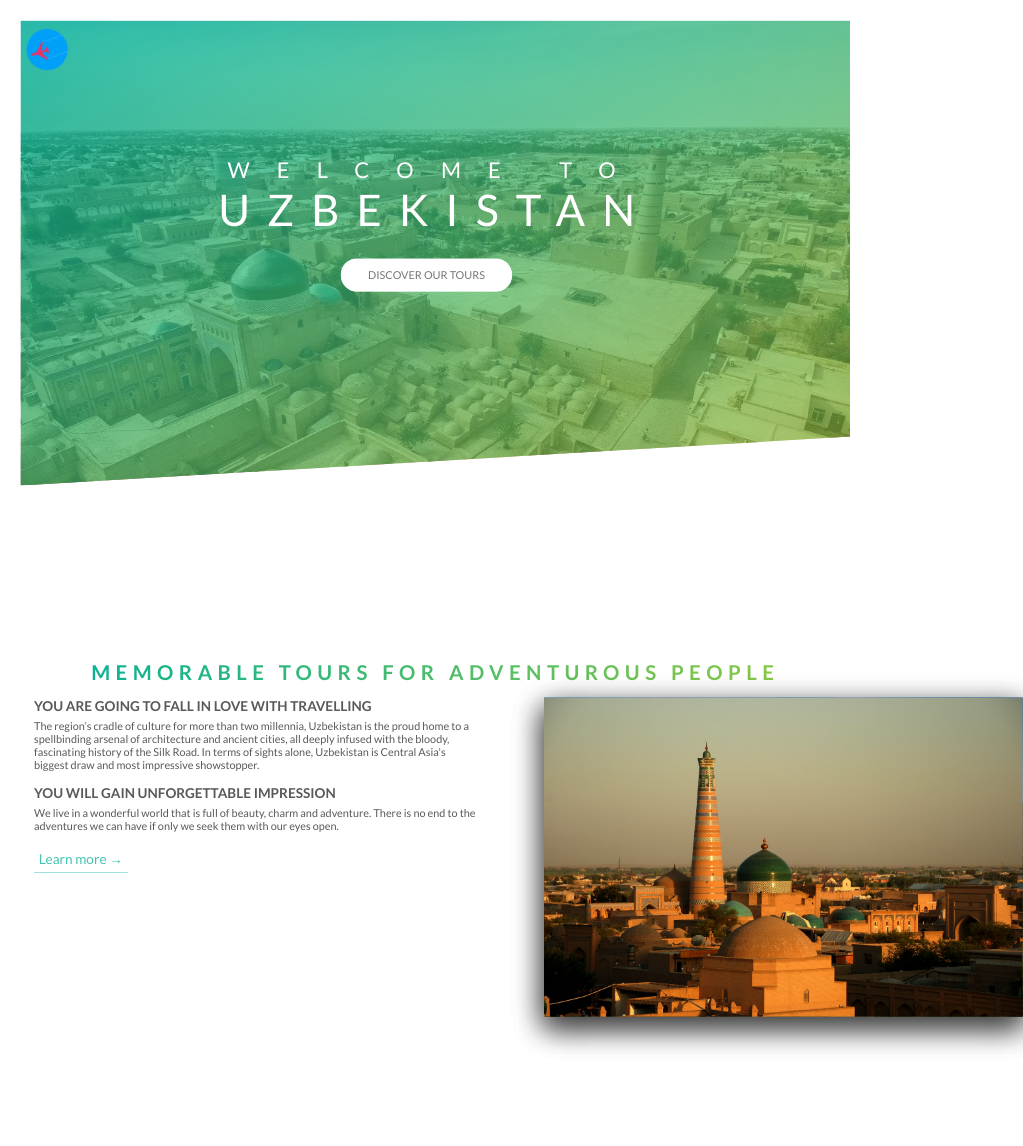
Repository: bmbrdr/UzTours
Page: index.html
The author's editor kept a copy of each file at every save. The page is drawn from the files as they stood at one save, then again after a run of saves.
The browser window is 1280 px wide. The page is 1504 px wide, then 1470 px, so the pictures cover 1504 px, including what lies to the right of the window. The pictures show the whole page, at 68% of full size.
The style sheet was rebuilt from its Sass, Less or Tailwind sources for each picture, by a compiler version that may differ from the author's.

Above is the page before, as saved 2021-08-09 14:50:34.

After the next 2 saves:
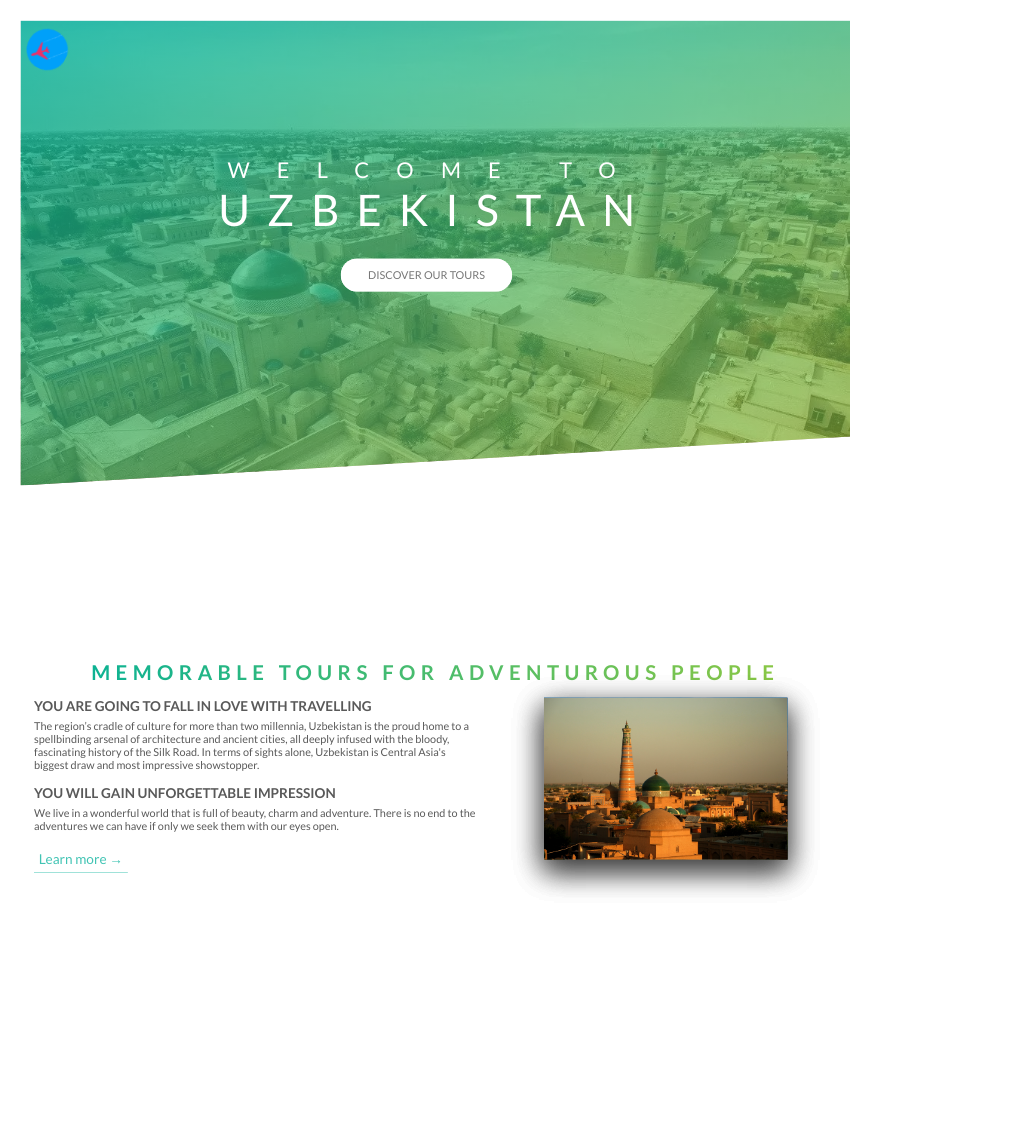
The 2 saves are shown as one change because they came seconds apart.
The last was saved 14 s later.
--- a/style/components/_images.scss
+++ b/style/components/_images.scss
@@ -1,5 +1,5 @@
-// .composition {
-//     position: relative; }
+.composition {
+    position: relative; }
 
     .composition__photo {
       width: 55%;
